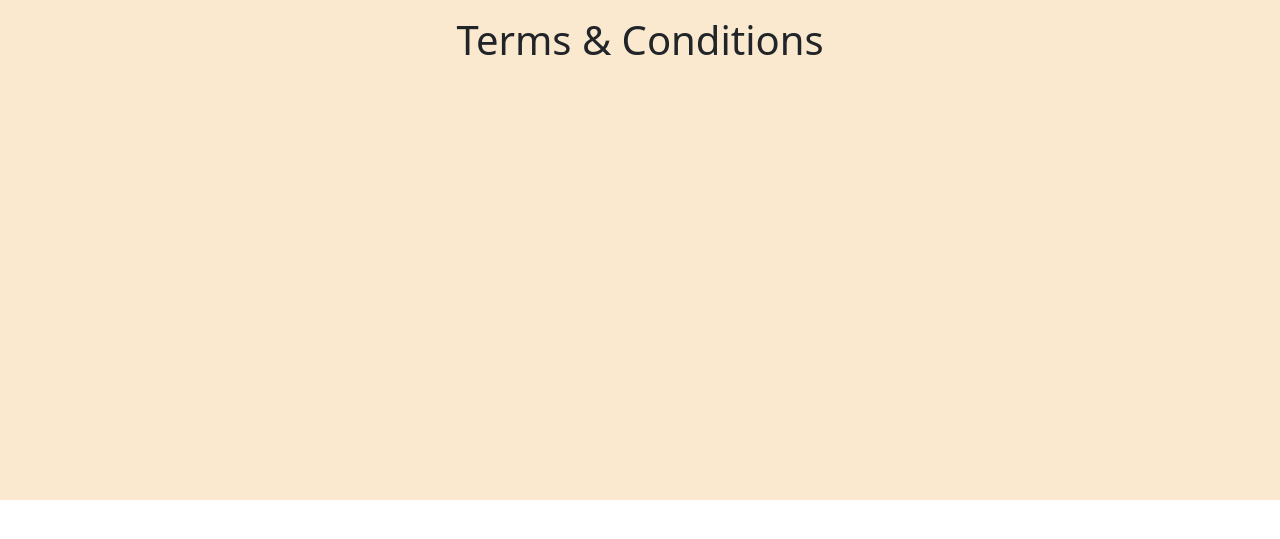
Repository: injectGroup/github.io
Page: terms.html
The author's editor kept a copy of each file at every save. The page is drawn from the files as they stood at one save, then again after the next save.
The browser window is 1280 px wide. The pictures show the whole page.

Above is the page before, as saved 2023-11-29 12:48:02.

After the next save:
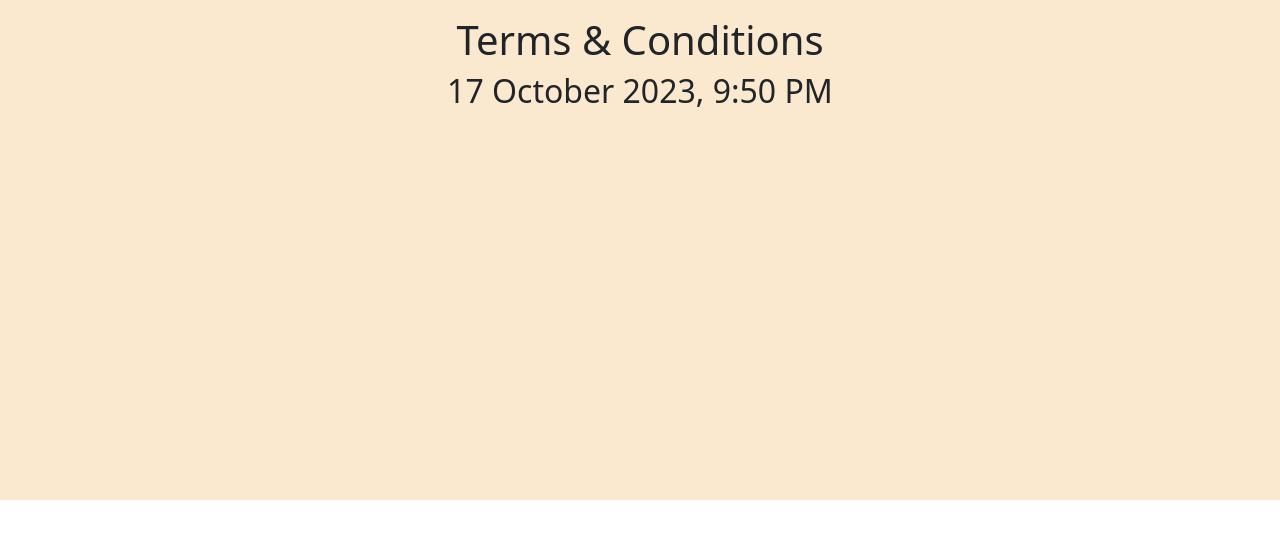
Saved 39 s later.
--- a/terms.html
+++ b/terms.html
@@ -21,8 +21,11 @@
                     Terms & Conditions
                 </h1>
                 <h2 class="">
+                    17 October 2023, 9:50 PM
+                </h2>
+                <h3 class="">
 
-                </h2>
+                </h3>
             </div>
         </div>
     </div>
